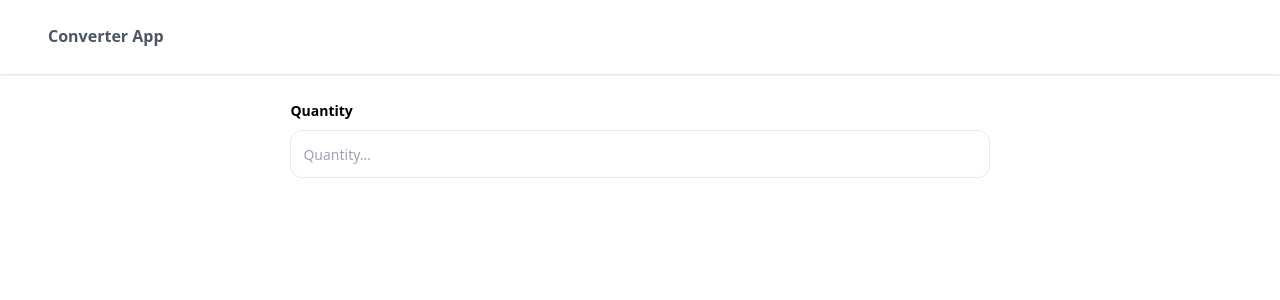
Repository: mikelCabezas/angular-exercices
Page: / (app in converter/)
An editor plug-in stored every save of this project. The page is shown before and after the next save, followed by the edit.
The browser window is 1280 px wide. The pictures show the whole page.
The project was rebuilt for these pictures with package versions that can differ from the ones it lists, and the page was loaded fresh each time. Also part of the build but not shown: converter/angular.json.

Above is the page before, as saved 2023-09-15 18:04:14.

After the next save:
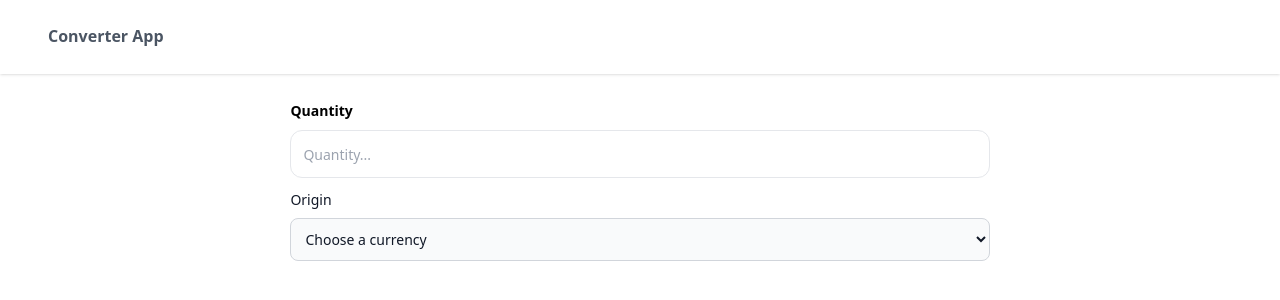
Saved 2 min 48 s later.
--- a/converter/src/app/components/converter/converter.component.html
+++ b/converter/src/app/components/converter/converter.component.html
@@ -6,7 +6,15 @@
                 <input type="number" placeholder="Quantity..." class="mt-2 flex h-12 w-full items-center justify-center rounded-xl border bg-white/0 p-3 text-sm outline-none border-gray-200">
             </div>
         </div>
-        <div class="col"></div>
+        <div class="col px-5">
+            <label for="countries" class="block mb-2 text-sm font-medium text-gray-900 dark:text-gray-400">Origin</label>
+            <select id="countries" class="bg-gray-50 border border-gray-300 text-gray-900 text-sm rounded-lg focus:ring-blue-500 focus:border-blue-500 block w-full p-2.5 dark:bg-gray-700 dark:border-gray-600 dark:placeholder-gray-400 dark:text-white dark:focus:ring-blue-500 dark:focus:border-blue-500">
+                <option selected>Choose a currency</option>
+                <option value="EUR">Euro</option>
+                <option value="USD">US Dollar</option>
+                <option value="CHF">Suiss francs</option>
+            </select>
+        </div>
         <div class="col"></div>
     </div>
 </div>
